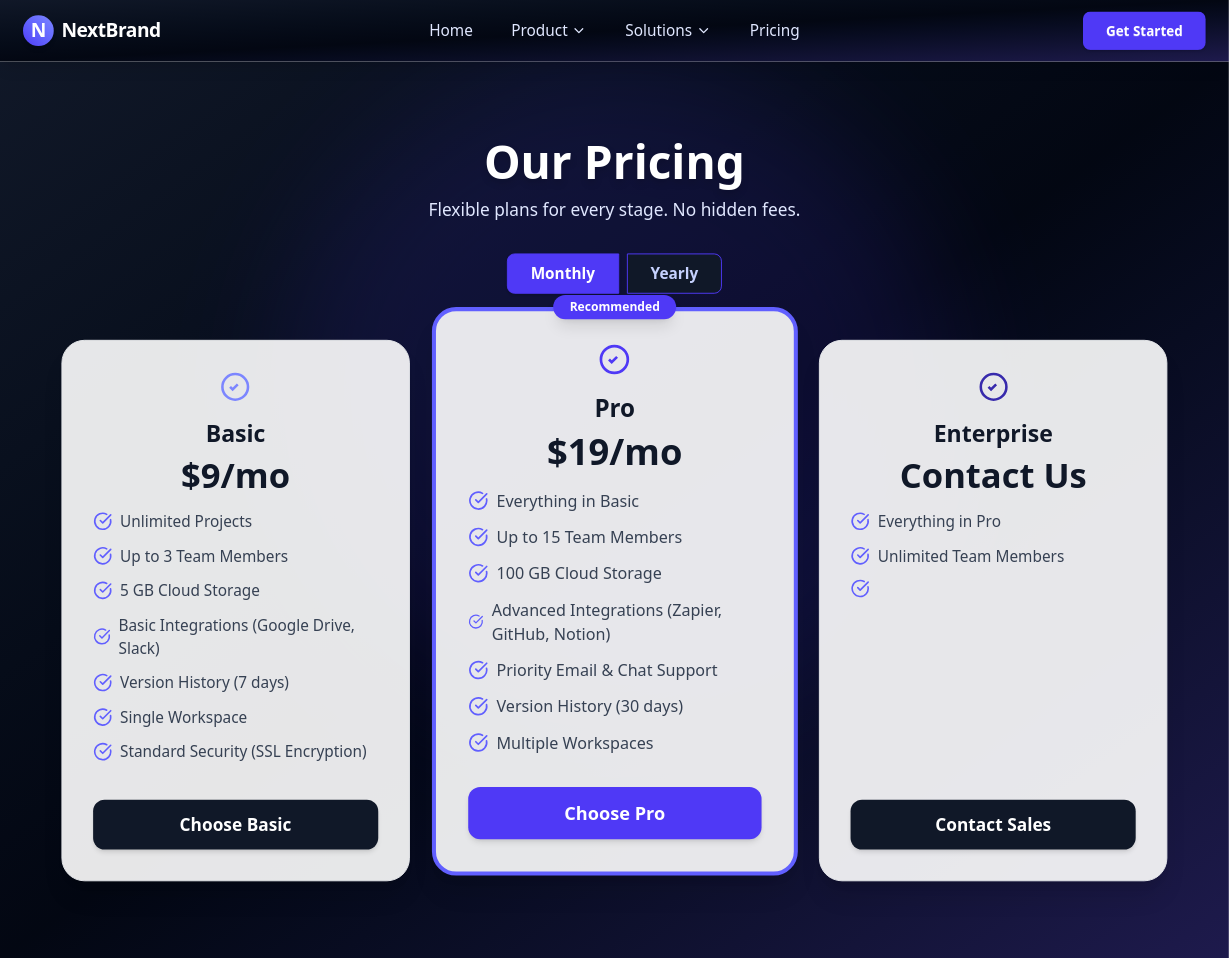
Repository: Chiranshukapil/Next_Brand
Page: /pricing
An editor plug-in stored every save of this project. The page is shown before and after the next save, followed by the edit.
The browser window is 1280 px wide. The pictures show the whole page, at 96% of full size.
The project was rebuilt for these pictures with package versions that can differ from the ones it lists, and the page was loaded fresh each time. Also part of the build but not shown: vite.config.js.

Above is the page before, as saved 2025-06-18 12:01:07.

### index.html
<!doctype html>
<html lang="en">
  <head>
    <meta charset="UTF-8" />
    <link rel="stylesheet" href="src/index.css">
    <meta name="viewport" content="width=device-width, initial-scale=1.0" />
    <title>NavBar</title>
  </head>
  <body classname="scroll-smooth">
    <div id="root"></div>
    <script type="module" src="/src/main.jsx"></script>
  </body>
</html>

### src/App.jsx
import { useState } from 'react'
import { BrowserRouter as Router, Routes, Route } from 'react-router-dom'
import Navbar from './Components/NavBar.jsx'
import PricingSection from './Components/PricingSection.jsx'

function App() {
  return (
    <Router>
      <Navbar />
      <Routes>

        <Route path="/pricing" element={<PricingSection />} />

      </Routes>
    </Router>
  )
}

export default App

### src/Components/NavBar.jsx
import React, { useState } from "react";
import { Link } from "react-router-dom";
import { Menu, X, ChevronDown } from "lucide-react";

// Route-based navLinks
const navLinks = [
  { name: "Home", href: "/" },
  {
    name: "Product",
    href: "/product",
    dropdown: [
      { name: "Overview", href: "/product/overview" },
      { name: "Features", href: "/product/features" },
      { name: "Pricing", href: "/pricing" },
    ],
  },
  {
    name: "Solutions",
    href: "/solutions",
    dropdown: [
      { name: "For Teams", href: "/solutions/teams" },
      { name: "For Individuals", href: "/solutions/individuals" },
    ],
  },
  { name: "Pricing", href: "/pricing" },
];

export default function Navbar() {
  const [menuOpen, setMenuOpen] = useState(false);
  const [dropdownOpen, setDropdownOpen] = useState(null);

  return (
    <nav className="sticky top-0 z-50 bg-gradient-to-br from-gray-900 via-gray-950 to-indigo-950 backdrop-blur-md bg-opacity-80 shadow-lg flex justify-between items-center px-6 py-3">
      {/* Brand/Logo */}
      <div className="navbar-start">
        <Link
          to="/"
          className="flex items-center gap-2 text-xl font-bold tracking-tight text-white hover:text-indigo-400 transition-colors"
        >
          <span className="w-8 h-8 bg-gradient-to-tr from-indigo-600 to-indigo-400 rounded-full text-white flex items-center justify-center font-bold shadow-md">
            N
          </span>
          <span>NextBrand</span>
        </Link>
      </div>

      {/* Desktop Menu */}
      <div className="navbar-center hidden md:flex">
        <ul className="flex gap-2 items-center">
          {navLinks.map((link, index) => (
            <li
              key={link.name}
              onMouseEnter={() => setDropdownOpen(index)}
              onMouseLeave={() => setDropdownOpen(null)}
              className="relative"
            >
              {link.dropdown ? (
                <>
                  <Link
                    to={link.href}
                    className="px-4 py-2 rounded-lg text-base font-medium flex items-center gap-1 cursor-pointer text-indigo-100 hover:text-white hover:bg-indigo-700/30 transition-colors"
                    aria-haspopup="true"
                    aria-expanded={dropdownOpen === index}
                    onClick={() => setDropdownOpen(null)}
                  >
                    {link.name}
                    <ChevronDown className="h-4 w-4" />
                  </Link>
                  {dropdownOpen === index && (
                    <ul className="absolute top-full left-0 mt-2 bg-white/95 shadow-xl rounded-xl p-2 w-52 z-50 animate-fade-in">
                      {link.dropdown.map((item) => (
                        <li key={item.name}>
                          <Link
                            to={item.href}
                            className="block px-4 py-2 rounded-lg hover:bg-indigo-100 text-gray-900 font-medium transition"
                            onClick={() => setDropdownOpen(null)}
                          >
                            {item.name}
                          </Link>
                        </li>
                      ))}
                    </ul>
                  )}
                </>
              ) : (
                <Link
                  to={link.href}
                  className="px-4 py-2 rounded-lg text-base font-medium text-indigo-100 hover:text-white hover:bg-indigo-700/30 transition"
                  onClick={() => setDropdownOpen(null)}
                >
                  {link.name}
                </Link>
              )}
            </li>
          ))}
        </ul>
      </div>

      {/* Right Side: CTA + Mobile Menu Button */}
      <div className="navbar-end flex items-center">
        <Link
          to="/get-started"
          className="btn btn-primary font-semibold shadow hidden md:inline-flex bg-indigo-600 text-white hover:bg-indigo-700 border-none rounded-lg px-6 py-2 transition"
        >
          Get Started
        </Link>
        <button
          aria-label="Toggle menu"
          className="btn btn-ghost md:hidden ml-2 text-indigo-200"
          onClick={() => setMenuOpen((v) => !v)}
        >
          {menuOpen ? (
            <X className="h-7 w-7" />
          ) : (
            <Menu className="h-7 w-7" />
          )}
        </button>

        {/* Mobile Menu */}
        <div
          className={`absolute top-full right-2 left-2 z-40 md:hidden overflow-hidden transition-all duration-300 ease-in-out bg-white/95 rounded-xl shadow-lg ${
            menuOpen ? "max-h-96" : "max-h-0"
          }`}
        >
          <ul tabIndex={0} className="flex flex-col gap-1 p-3 w-full">
            {navLinks.map((link) => (
              <li key={link.name}>
                {link.dropdown ? (
                  <details>
                    <summary className="text-base cursor-pointer flex items-center justify-between text-gray-900 font-semibold px-2 py-2 rounded-lg hover:bg-indigo-100 transition">
                      {link.name}
                    </summary>
                    <ul className="p-2">
                      {link.dropdown.map((item) => (
                        <li key={item.name}>
                          <Link
                            to={item.href}
                            className="block px-4 py-2 rounded-lg text-gray-900 hover:bg-indigo-100 transition"
                            onClick={() => setMenuOpen(false)}
                          >
                            {item.name}
                          </Link>
                        </li>
                      ))}
                    </ul>
                  </details>
                ) : (
                  <Link
                    to={link.href}
                    className="block px-4 py-2 rounded-lg text-gray-900 font-semibold hover:bg-indigo-100 transition"
                    onClick={() => setMenuOpen(false)}
                  >
                    {link.name}
                  </Link>
                )}
              </li>
            ))}
            <li className="mt-2">
              <Link
                to="/get-started"
                className="btn btn-primary w-full bg-indigo-600 text-white hover:bg-indigo-700 border-none rounded-lg px-6 py-2 transition"
                onClick={() => setMenuOpen(false)}
              >
                Get Started
              </Link>
            </li>
          </ul>
        </div>
      </div>
    </nav>
  );
}

### src/Components/PricingSection.jsx
import { CheckCircle } from "lucide-react";
import { useState } from "react";

const plans = [
  {
    name: "Basic",
    icon: <svg className="w-8 h-8 text-indigo-400" fill="none" stroke="currentColor" strokeWidth="2" viewBox="0 0 24 24"><circle cx="12" cy="12" r="10"/><path d="M8 12l2 2 4-4"/></svg>,
    monthly: 9,
    yearly: 90,
    features: ["Unlimited Projects", "Up to 3 Team Members", "5 GB Cloud Storage", "Basic Integrations (Google Drive, Slack)",
        "Version History (7 days)", "Single Workspace", "Standard Security (SSL Encryption)"
    ],
    recommended: false,
  },
  {
    name: "Pro",
    icon: <svg className="w-8 h-8 text-indigo-600" fill="none" stroke="currentColor" strokeWidth="2" viewBox="0 0 24 24"><circle cx="12" cy="12" r="10"/><path d="M8 12l2 2 4-4"/></svg>,
    monthly: 19,
    yearly: 190,
    features: ["Everything in Basic", "Up to 15 Team Members", "100 GB Cloud Storage", "Advanced Integrations (Zapier, GitHub, Notion)",
        "Priority Email & Chat Support", "Version History (30 days)", "Multiple Workspaces"],
    recommended: true,
  },
  {
    name: "Enterprise",
    icon: <svg className="w-8 h-8 text-indigo-800" fill="none" stroke="currentColor" strokeWidth="2" viewBox="0 0 24 24"><circle cx="12" cy="12" r="10"/><path d="M8 12l2 2 4-4"/></svg>,
    monthly: null,
    yearly: null,
    features: ["Everything in Pro", "Unlimited Team Members", ""],
    recommended: false,
    contact: true,
  },
];

export default function PricingSection() {
  const [billing, setBilling] = useState("monthly");

  const displayPrice = (plan) => {
    if (plan.contact) return "Contact Us";
    if (billing === "yearly") return `$${plan.yearly}/yr`;
    return `$${plan.monthly}/mo`;
  };

  return (
    <section className="relative py-20 px-4 md:px-0 bg-gradient-to-br from-gray-900 via-gray-950 to-indigo-950 min-h-[100vh]">
      {/* Decorative background shapes */}
      <div className="absolute top-0 left-1/2 -translate-x-1/2 w-[700px] h-[700px] rounded-full bg-indigo-800 opacity-20 blur-3xl pointer-events-none"></div>
      <div className="relative z-10 max-w-6xl mx-auto">
        <h2 className="text-4xl md:text-5xl font-extrabold text-center mb-3 text-white drop-shadow-lg">Our Pricing</h2>
        <p className="text-center text-indigo-100 mb-8 text-lg">Flexible plans for every stage. No hidden fees.</p>
        {/* Billing toggle */}
        <div className="flex justify-center mb-12 gap-2">
          <button
            className={`px-6 py-2 rounded-l-lg font-semibold transition-colors duration-200 hover:cursor-pointer border border-indigo-600 focus:outline-none ${
              billing === "monthly"
                ? "bg-indigo-600 text-white shadow"
                : "bg-gray-900 text-indigo-200 hover:bg-indigo-700/20"
            }`}
            onClick={() => setBilling("monthly")}
          >
            Monthly
          </button>
          <button
            className={`px-6 py-2 rounded-r-lg font-semibold transition-colors duration-200 hover:cursor-pointer border border-indigo-600 focus:outline-none ${
              billing === "yearly"
                ? "bg-indigo-600 text-white shadow"
                : "bg-gray-900 text-indigo-200 hover:bg-indigo-700/20"
            }`}
            onClick={() => setBilling("yearly")}
          >
            Yearly
          </button>
        </div>
        <div className="grid md:grid-cols-3 gap-8 items-stretch">
          {plans.map((plan, idx) => (
            <div
              key={plan.name}
              className={`relative flex flex-col p-8 rounded-3xl border transition-transform duration-200 bg-white/90 shadow-xl hover:scale-[1.03] ${
                plan.recommended
                  ? "border-4 border-indigo-500 bg-indigo-50 z-20 scale-105 shadow-2xl"
                  : "border-gray-200"
              }`}
              style={plan.recommended ? { top: '-20px' } : {}}
            >
              {plan.recommended && (
                <span className="absolute -top-4 left-1/2 -translate-x-1/2 bg-indigo-600 text-white text-xs px-4 py-1 rounded-full font-semibold shadow-lg z-30">
                  Recommended
                </span>
              )}
              <div className="flex justify-center mb-4">{plan.icon}</div>
              <h3 className="text-2xl font-bold mb-2 text-gray-900 text-center">{plan.name}</h3>
              <div className="text-4xl font-extrabold mb-4 text-center text-gray-900">{displayPrice(plan)}</div>
              <ul className="flex-1 mb-8 space-y-3 text-gray-700">
                {plan.features.map((f) => (
                  <li key={f} className="flex items-center gap-2">
                    <CheckCircle className="w-5 h-5 text-indigo-500" />
                    <span>{f}</span>
                  </li>
                ))}
              </ul>
              <button
                className={`py-3 px-6 rounded-xl font-semibold text-lg transition-all hover:cursor-pointer duration-200 shadow-md focus:outline-none ${
                  plan.recommended
                    ? "bg-indigo-600 text-white hover:bg-indigo-700"
                    : "bg-gray-900 text-white hover:bg-indigo-600"
                }`}
              >
                {plan.contact ? "Contact Sales" : `Choose ${plan.name}`}
              </button>
            </div>
          ))}
        </div>
      </div>
    </section>
  );
}

Loaded but not shown: src/index.css (common file); src/main.jsx (common file)

After the next save:
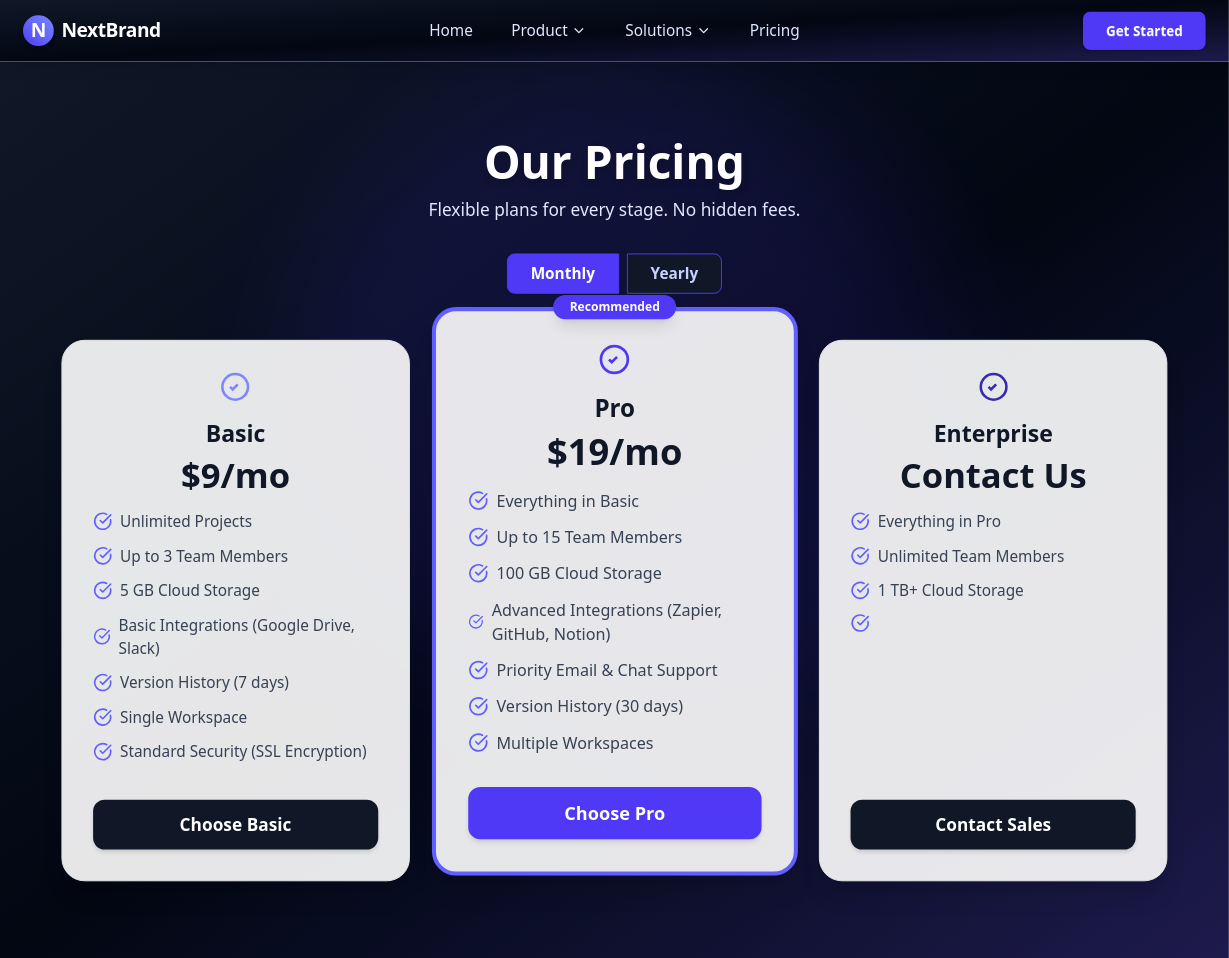
Saved 7 s later.
--- a/src/Components/PricingSection.jsx
+++ b/src/Components/PricingSection.jsx
@@ -26,7 +26,7 @@ const plans = [
     icon: <svg className="w-8 h-8 text-indigo-800" fill="none" stroke="currentColor" strokeWidth="2" viewBox="0 0 24 24"><circle cx="12" cy="12" r="10"/><path d="M8 12l2 2 4-4"/></svg>,
     monthly: null,
     yearly: null,
-    features: ["Everything in Pro", "Unlimited Team Members", ""],
+    features: ["Everything in Pro", "Unlimited Team Members", "1 TB+ Cloud Storage", ""],
     recommended: false,
     contact: true,
   },
